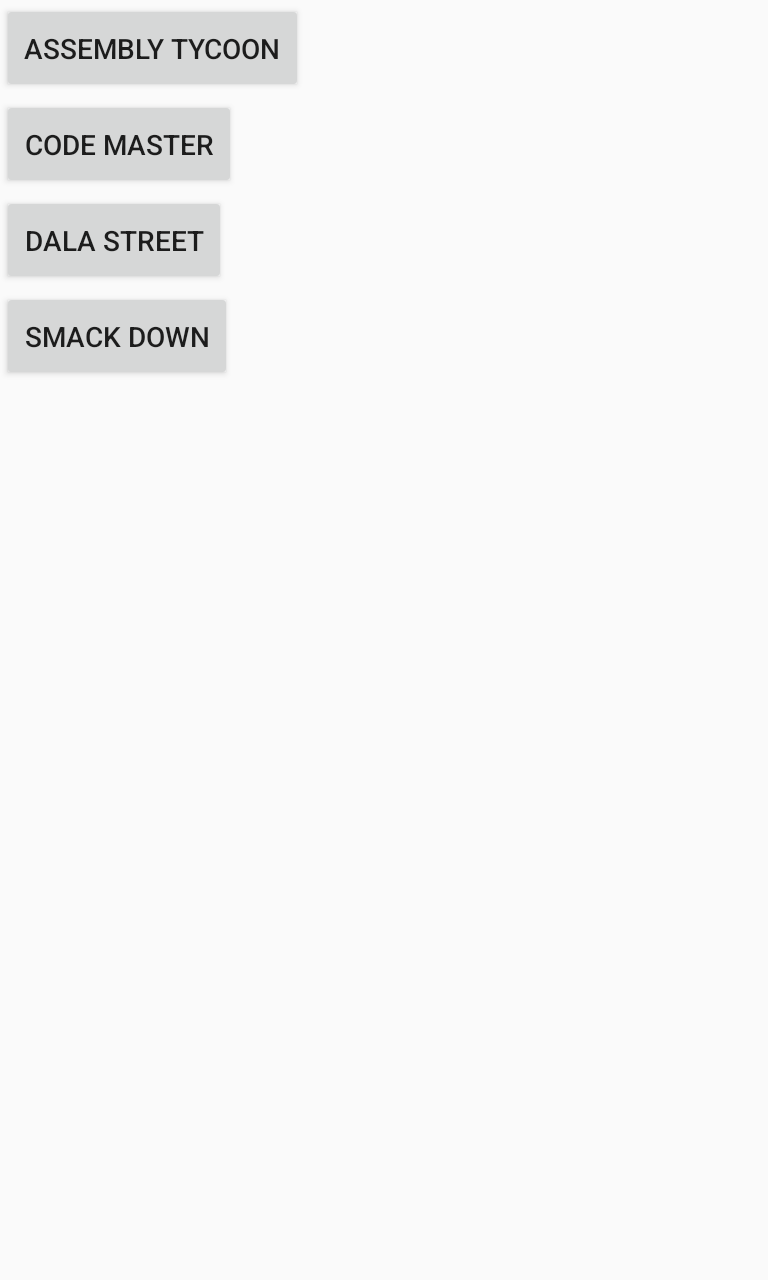
Repository: Attaphon1996/Engineering-Stuff
Layout: OSource/Android Play/Android_Projects/YASH15.0/res/layout/day4_technical.xml
An editor plug-in stored every save of this project. The layout is shown before and after the next save, followed by the edit.
It is drawn on a 768 x 1280 px phone screen (xhdpi) without system bars, with theme AppTheme; the app's code is not run.

Above is the layout before, as saved 2015-02-09 19:43:12.

### OSource/Android Play/Android_Projects/YASH15.0/res/layout/day4_technical.xml
<?xml version="1.0" encoding="utf-8"?>
<LinearLayout xmlns:android="http://schemas.android.com/apk/res/android"
    android:layout_width="match_parent"
    android:layout_height="match_parent"
    android:orientation="vertical" >

    <Button
        android:id="@+id/button1"
        android:layout_width="wrap_content"
        android:layout_height="wrap_content"
        android:text="ASSEMBLY TYCOON" />

    <Button
        android:id="@+id/button2"
        android:layout_width="wrap_content"
        android:layout_height="wrap_content"
        android:text="CODE MASTER" />

    <Button
        android:id="@+id/button3"
        android:layout_width="wrap_content"
        android:layout_height="wrap_content"
        android:text="DALA STREET" />

    <Button
        android:id="@+id/button4"
        android:layout_width="wrap_content"
        android:layout_height="wrap_content"
        android:text="SMACK DOWN" />

</LinearLayout>

Loaded but not shown: OSource/Android Play/Android_Projects/YASH15.0/res/values/styles.xml (common file); OSource/Android Play/Android_Projects/YASH15.0/res/values-v11/styles.xml (common file); OSource/Android Play/Android_Projects/YASH15.0/res/values-v14/styles.xml (common file)

After the next save:
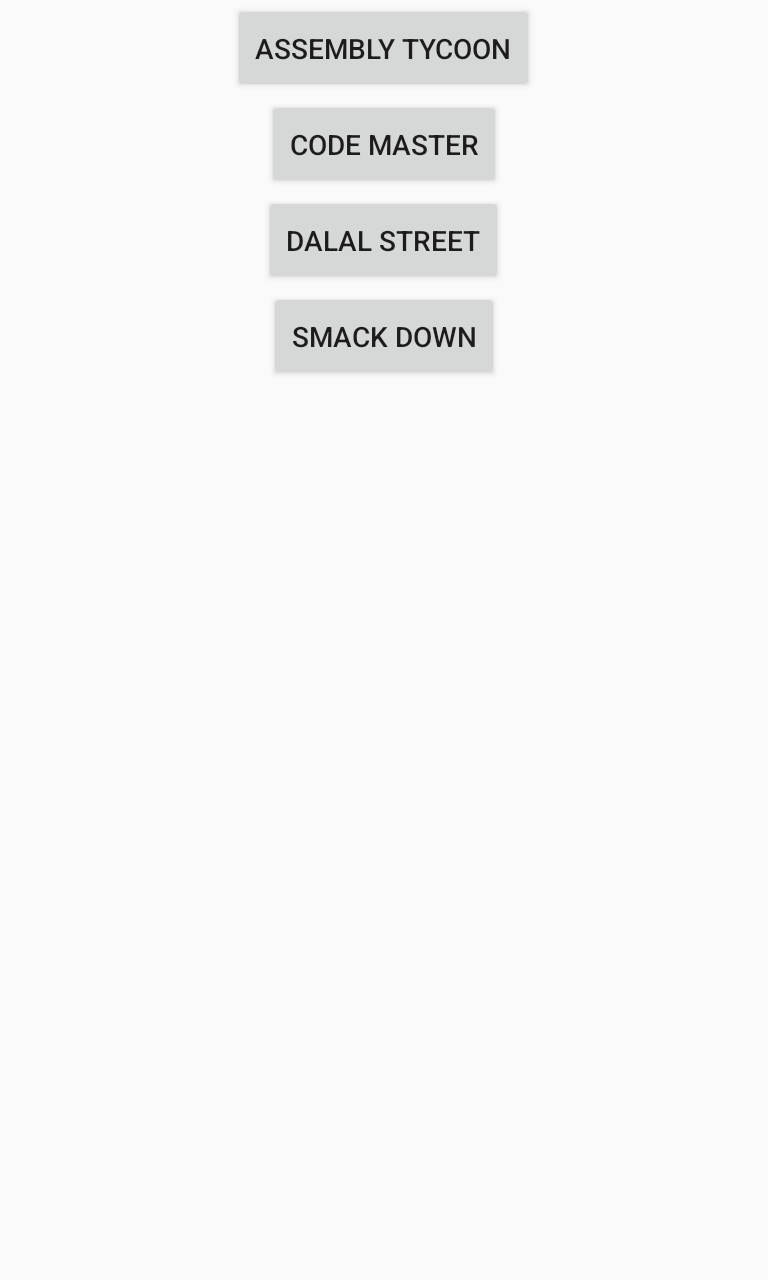
Saved 9 min 26 s later.
--- a/OSource/Android Play/Android_Projects/YASH15.0/res/layout/day4_technical.xml
+++ b/OSource/Android Play/Android_Projects/YASH15.0/res/layout/day4_technical.xml
@@ -1,31 +1,40 @@
 <?xml version="1.0" encoding="utf-8"?>
 <LinearLayout xmlns:android="http://schemas.android.com/apk/res/android"
+    xmlns:tools="http://schemas.android.com/tools"
     android:layout_width="match_parent"
     android:layout_height="match_parent"
     android:orientation="vertical" >
 
     <Button
-        android:id="@+id/button1"
+        android:id="@+id/assemblytycoon"
         android:layout_width="wrap_content"
         android:layout_height="wrap_content"
-        android:text="ASSEMBLY TYCOON" />
+        android:layout_gravity="center"
+        android:text="ASSEMBLY TYCOON"
+        tools:ignore="HardcodedText" />
 
     <Button
-        android:id="@+id/button2"
+        android:id="@+id/codemaster"
         android:layout_width="wrap_content"
         android:layout_height="wrap_content"
-        android:text="CODE MASTER" />
+        android:layout_gravity="center"
+        android:text="CODE MASTER"
+        tools:ignore="HardcodedText" />
 
     <Button
-        android:id="@+id/button3"
+        android:id="@+id/dalalstreet"
         android:layout_width="wrap_content"
         android:layout_height="wrap_content"
-        android:text="DALA STREET" />
+        android:layout_gravity="center"
+        android:text="DALAL STREET"
+        tools:ignore="HardcodedText" />
 
     <Button
-        android:id="@+id/button4"
+        android:id="@+id/smackdown"
         android:layout_width="wrap_content"
         android:layout_height="wrap_content"
-        android:text="SMACK DOWN" />
+        android:layout_gravity="center"
+        android:text="SMACK DOWN"
+        tools:ignore="HardcodedText" />
 
 </LinearLayout>
